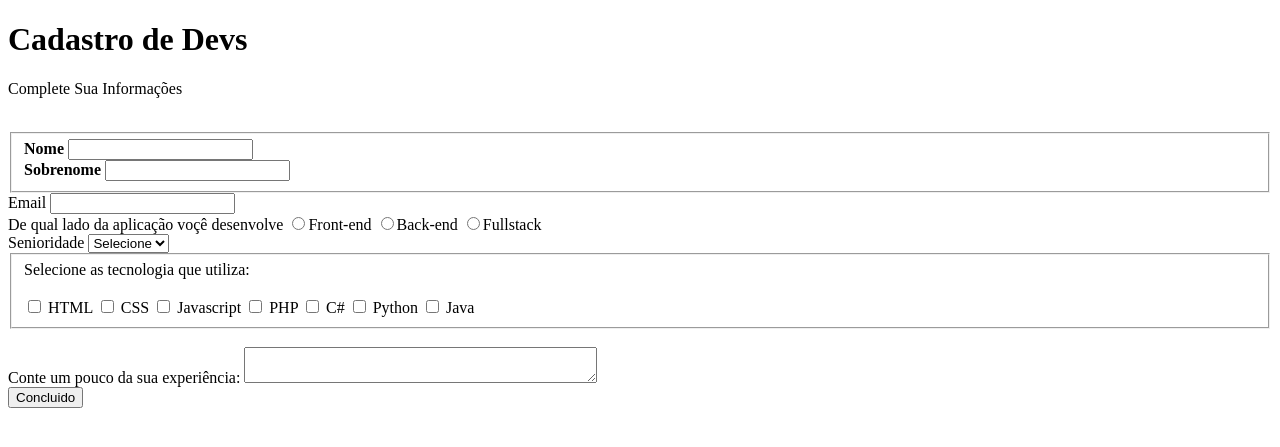
Repository: 2020francesco/formulario
Page: formulario.html
The author's editor kept a copy of each file at every save. The page is drawn from the files as they stood at one save, then again after a run of saves.
The browser window is 1280 px wide. The pictures show the whole page.

Above is the page before, as saved 2021-04-20 12:21:39.

### formulario.html
<!DOCTYPE html>
<html lang="en">
  <head>
    <meta charset="utf-8">
    <meta name="viewport" content="width=device-width, initial-scale=1.0">

    <title>Cadastro</title>
  </head>
  <body>

    <div>
      <h1 id="titulo">Cadastro de Devs</h1>
      <p id="subtitulo">Complete Sua Informações</p>
      <br>
    </div>

    <form>
      <fieldset class="grupo">
        <div>
          <label for="nome"><strong>Nome</strong></label>
          <input type="text" name="nome" id="nome">
        </div>

        <div>
          <label for="sobrenome"><strong>Sobrenome</strong></label>
          <input type="text" name="sobrenome" id="sobrenome">
        </div>
      </fieldset>

      <div class="campo">
        <label for="email">Email</label>
        <input type="email" name="email" id="email">
      </div>

      <div>
        <label>De qual lado da aplicação voçê desenvolve</label>
        <label>
          <input type="radio" name="devweb" value="frontend">Front-end
        </label>

        <label>
          <input type="radio" name="devweb" value="backend">Back-end
        </label>

        <label>
          <input type="radio" name="devweb" value="fullstack">Fullstack
        </label>
      </div>

      <div class="campo">
        <label>Senioridade</label>
        <select id="senioridade">
          <option selected disabled value="">Selecione</option>
          <option>Júnior</option>
          <option>Pleno</option>
          <option>Senior</option>
        </select>
      </div>

      <fieldset class="grupo">
        <div class="campo">
          <label>Selecione as tecnologia que utiliza: </label><br><br>
          <input type="checkbox" name="tecnologia1" value="HTML">
          <label for="tecnologia1">HTML</label>
          <input type="checkbox" name="tecnologia2" value="CSS">
          <label for="tecnologia2">CSS</label>
          <input type="checkbox" name="tecnologia3" value="Javascript">
          <label for="tecnologia3">Javascript</label>
          <input type="checkbox" name="tecnologia4" value="PHP">
          <label for="tecnologia4">PHP</label>
          <input type="checkbox" name="tecnologia5" value="C#">
          <label for="tecnologia5">C#</label>
          <input type="checkbox" name="tecnologia6" value="Python">
          <label for="tecnologia6">Python</label>
          <input type="checkbox" name="tecnologia7" value="Java">
          <label for="tecnologia7">Java</label>
        </div>
      </fieldset>

      <div class="campo">
        <br>
        <label>Conte um pouco da sua experiência: </label>
        <textarea row="6" style="width: 26em" id="experiencia" name="experiencia"></textarea>
      </div>

      <button class="botao" type="submit">Concluido</button>
    </form>

    <script>alert('Cadastro realizado com sucesso')</script>

  </body>
</html>

After the next 3 saves:
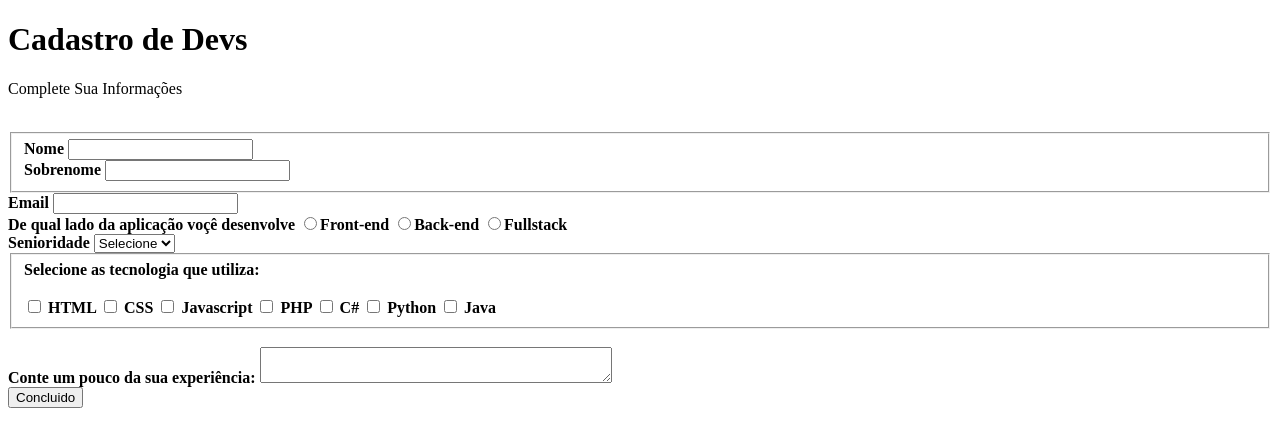
The 3 saves are shown as one change because they came seconds apart.
The last was saved 16 s later.
--- a/formulario.html
+++ b/formulario.html
@@ -28,7 +28,7 @@
       </fieldset>
 
       <div class="campo">
-        <label for="email">Email</label>
+        <label for="email"><strong>Email</label>
         <input type="email" name="email" id="email">
       </div>
 

After the save that followed:
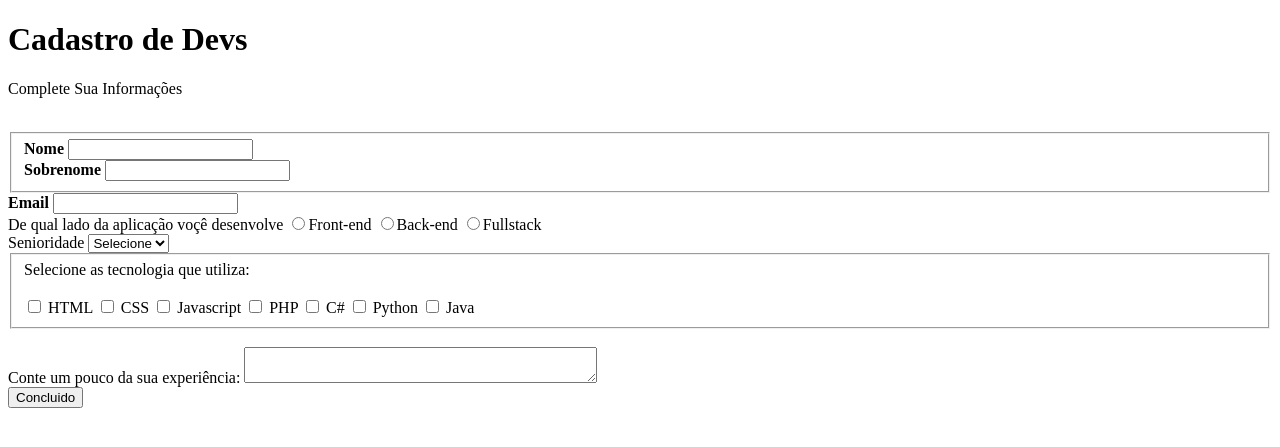
Saved 4 s later.
--- a/formulario.html
+++ b/formulario.html
@@ -28,7 +28,7 @@
       </fieldset>
 
       <div class="campo">
-        <label for="email"><strong>Email</label>
+        <label for="email"><strong>Email</strong></label>
         <input type="email" name="email" id="email">
       </div>
 
